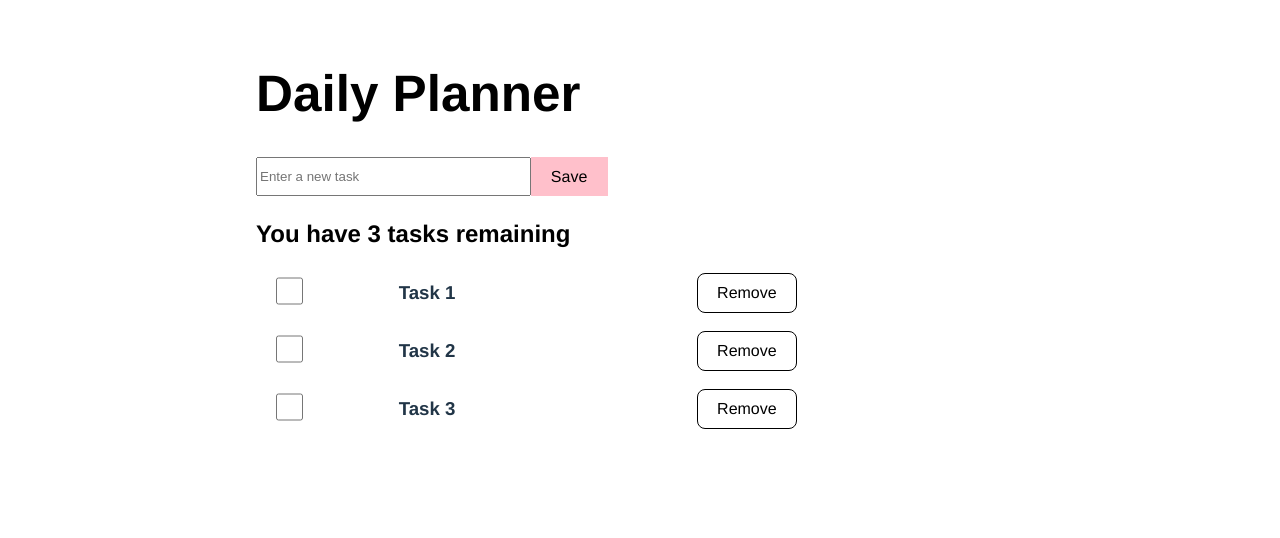
Repository: SandyLy453/task-list
Page: /
The author's editor kept a copy of each file at every save. The page is drawn from the files as they stood at one save, then again after the next save.
The browser window is 1280 px wide. The pictures show the whole page.
The project was rebuilt for these pictures with package versions that can differ from the ones it lists, and the page was loaded fresh each time. Also part of the build but not shown: vite.config.js.

Above is the page before, as saved 2024-10-20 21:42:05.

### src/App.jsx
import { useState } from 'react';
import Task from './components/Task';
import TaskForm from './components/TaskForm';

function App() {
  const [tasks, setTasks] = useState([
    { id: 0, name: "Task 1", completed: false },
    { id: 1, name: "Task 2", completed: false },
    { id: 2, name: "Task 3", completed: false }
  ]);

  const addTask = (task) => {
    setTasks([...tasks, { id: tasks.length, name: task, completed: false }]); // Adds task incomplete by default
  };

  const toggleComplete = (taskId) => {
    setTasks(tasks.map(task =>
      task.id === taskId ? { ...task, completed: !task.completed } : task
    ));
  };

  const removeTask = (taskId) => {
    setTasks(tasks.filter(task => task.id !== taskId));
  };

  const remainingTask = tasks.filter(task => !task.completed).length;

  return (
    <>
      <div className="main">
        <h1 className="header">Daily Planner</h1>
        <div>
          <TaskForm addTask={addTask} />
          <h2 className="counting">
            You have {remainingTask} task{remainingTask !== 1 ? 's' : ''} remaining
          </h2>
          {tasks.map((task) => (
            <Task
              key={task.id}
              task={task}
              toggleComplete={() => toggleComplete(task.id)}
              removeTask={() => removeTask(task.id)}
            />
          ))}
        </div>
      </div>
    </>
  );
}

export default App;

### src/index.css
#root {
  width: 60%;
  margin: 0 auto;
  padding: 2rem;
  text-align: center;

  font-family: Helvetica, sans-serif;
}

.header {
  color: black;
  text-align: left;
}

.counting {
  color: black;
  text-align: left;
}

/* TaskForm  */
.formContainer {
  width: 100%;
  display: flex;
  flex-direction: row;
  justify-content: flex-start;
}

.btn-save {
  background-color: pink;
  border-radius: 0;
}

.btn-save:hover {
  background-color: hotpink;
  border: 1px solid pink;
}

#task-name {
  min-width: 20em;
}


.task {
  display: flex;
  flex-direction: row;
  align-items: center;
  margin: 1em;

  width: 100%;
  min-width: 20em;
}

#checkbox {
  margin-right: 1rem;
  width: 2em;
  height: 2rem;
  accent-color: pink;
}

#checkbox:hover {
  accent-color: hotpink;
}

.task-name {
  margin: 0 10rem 0 5rem;
  font-weight: bold;
  font-size: 14pt;
  text-align: left;
  min-width: 18%;
}

.task-delete {
  border: 1px solid black;
  background-color: white;
  border-radius: 15;
  cursor: pointer;
}

.task-delete:hover {
  border: 1px solid pink;
}


:root {
  font-family: Inter, system-ui, Avenir, Helvetica, Arial, sans-serif;
  line-height: 1.5;
  font-weight: 400;

  color-scheme: light dark;
  color: rgba(255, 255, 255, 0.87);
  background-color: #242424;

  font-synthesis: none;
  text-rendering: optimizeLegibility;
  -webkit-font-smoothing: antialiased;
  -moz-osx-font-smoothing: grayscale;
}

a {
  font-weight: 500;
  color: #646cff;
  text-decoration: inherit;
}
a:hover {
  color: #535bf2;
}

body {
  margin: 0;
  /*display: flex;*/
  place-items: center;
  min-width: 320px;
  min-height: 100vh;
}

h1 {
  font-size: 3.2em;
  line-height: 1.1;
}

button {
  border-radius: 8px;
  border: 1px solid transparent;
  padding: 0.6em 1.2em;
  font-size: 1em;
  font-weight: 500;
  font-family: inherit;
  background-color: #1a1a1a;
  cursor: pointer;
  transition: border-color 0.25s;
}
button:hover {
  border-color: #646cff;
}
button:focus,
button:focus-visible {
  outline: 4px auto -webkit-focus-ring-color;
}

@media (prefers-color-scheme: light) {
  :root {
    color: #213547;
    background-color: #ffffff;
  }
  a:hover {
    color: #747bff;
  }
  button {
    background-color: #f9f9f9;
  }
}

### src/components/Task.jsx
import { useState } from "react";

export default function Task({ task, toggleComplete, removeTask }) {
  return (
    <>
      <div className={`task ${task.completed ? 'completed' : ''}`}>
        <label>
          <input
            id="checkbox"
            type="checkbox"
            checked={task.completed}
            onChange={toggleComplete}
          />
        </label>
        <span className="task-name" style={{ textDecoration: task.completed ? 'line-through' : 'none' }}>{task.name}</span>
        <button className="task-delete" onClick={removeTask}>Remove</button>
      </div>
    </>
  );
}

### src/components/TaskForm.jsx
import { useState } from "react";

// const taskTemplate = {
//     name: 'new task'
// };

export default function TaskForm({addTask}) {
    const [taskName, setTaskName] = useState('');

    // form submission
    const handleSubmit = (e) => {
        e.preventDefault(); // the form submission will be handled by JavaScript instead of triggering a page refresh
        if (taskName.trim()) { // checks if the taskName (the text the user entered) is not an empty string after trimming whitespace
            addTask( taskName );
            setTaskName(''); // clear the input field
        }
    }

    return (
        <>
            <form onSubmit={handleSubmit}>
                <div className="formContainer">
                    <input
                        id="task-name"
                        type="text"
                        value={taskName}
                        onChange={(e) => setTaskName(e.target.value)}
                        placeholder="Enter a new task"
                    />
                    <div className="btn-group">
                        <button type="submit" className="btn-save">Save</button>
                    </div>
                </div>
            </form>
        </>
    )
}

Loaded but not shown: index.html (common file); src/main.jsx (common file)

After the next save:
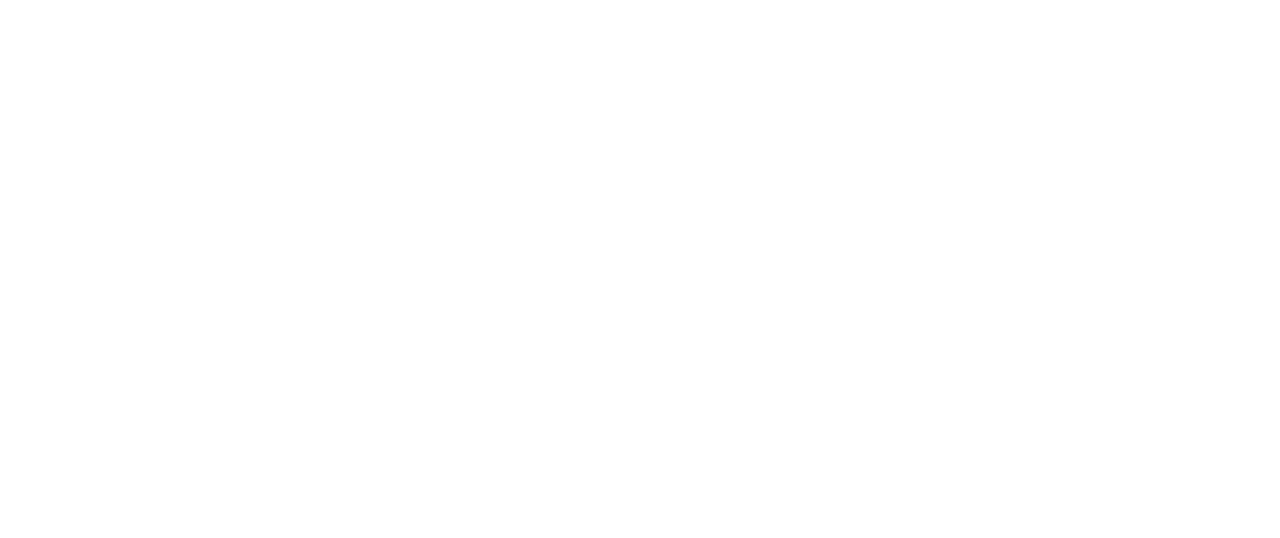
Console error: TypeError: Cannot read properties of undefined (reading 'completed')
Saved 4 days later.
--- a/src/App.jsx
+++ b/src/App.jsx
@@ -4,42 +4,60 @@
 
 function App() {
   const [tasks, setTasks] = useState([
-    { id: 0, name: "Task 1", completed: false },
-    { id: 1, name: "Task 2", completed: false },
-    { id: 2, name: "Task 3", completed: false }
+    { name: 'Task 1', checked: false },
+    { name: 'Task 2', checked: false },
+    { name: 'Task 3', checked: false }
   ]);
+  const [filter, setFilter] = useState('all');
 
-  const addTask = (task) => {
-    setTasks([...tasks, { id: tasks.length, name: task, completed: false }]); // Adds task incomplete by default
+  // Function to calculate the number of unchecked tasks
+  const getUncheckedCount = () => {
+    return tasks.filter((task) => !task.checked).length;
   };
 
-  const toggleComplete = (taskId) => {
-    setTasks(tasks.map(task =>
-      task.id === taskId ? { ...task, completed: !task.completed } : task
-    ));
+  // Function to add a new task
+  const addTask = (taskName) => {
+    setTasks([...tasks, { name: taskName, checked: false }]); // New tasks are unchecked by default
   };
 
-  const removeTask = (taskId) => {
-    setTasks(tasks.filter(task => task.id !== taskId));
+  // Function to remove a task
+  const removeTask = (taskName) => {
+    setTasks(tasks.filter((task) => task.name !== taskName));
   };
 
-  const remainingTask = tasks.filter(task => !task.completed).length;
+  // Function to toggle the task status
+  const toggleTaskStatus = (taskName) => {
+    const updatedTasks = tasks.map((task) =>
+      task.name === taskName ? { ...task, checked: !task.checked } : task
+    );
+    setTasks(updatedTasks); // Update the task's checked status in the parent state
+  };
+
+  const filteredTasks = tasks.filter((task) => {
+    if (filter === 'completed') return task.checked;
+    if (filter === 'pending') return !task.checked;
+    return true; // 'all' filter
+  });
 
   return (
     <>
-      <div className="main">
-        <h1 className="header">Daily Planner</h1>
+      <div className="container">
+        <h1 className="title">Task List</h1>
+        <TaskForm addTask={addTask} />
+        <p className="note">You have {getUncheckedCount()} left.</p>
+        <div className="filter">
+          <button onClick={() => setFilter('all')}>All</button>
+          <button onClick={() => setFilter('pending')}>Pending</button>
+          <button onClick={() => setFilter('completed')}>Completed</button>
+        </div>
         <div>
-          <TaskForm addTask={addTask} />
-          <h2 className="counting">
-            You have {remainingTask} task{remainingTask !== 1 ? 's' : ''} remaining
-          </h2>
-          {tasks.map((task) => (
+          {filteredTasks.map((task) => (
             <Task
-              key={task.id}
-              task={task}
-              toggleComplete={() => toggleComplete(task.id)}
-              removeTask={() => removeTask(task.id)}
+              key={task.name}
+              name={task.name}
+              checked={task.checked}
+              toggleTaskStatus={toggleTaskStatus}
+              removeTask={removeTask}
             />
           ))}
         </div>

After the save that followed:
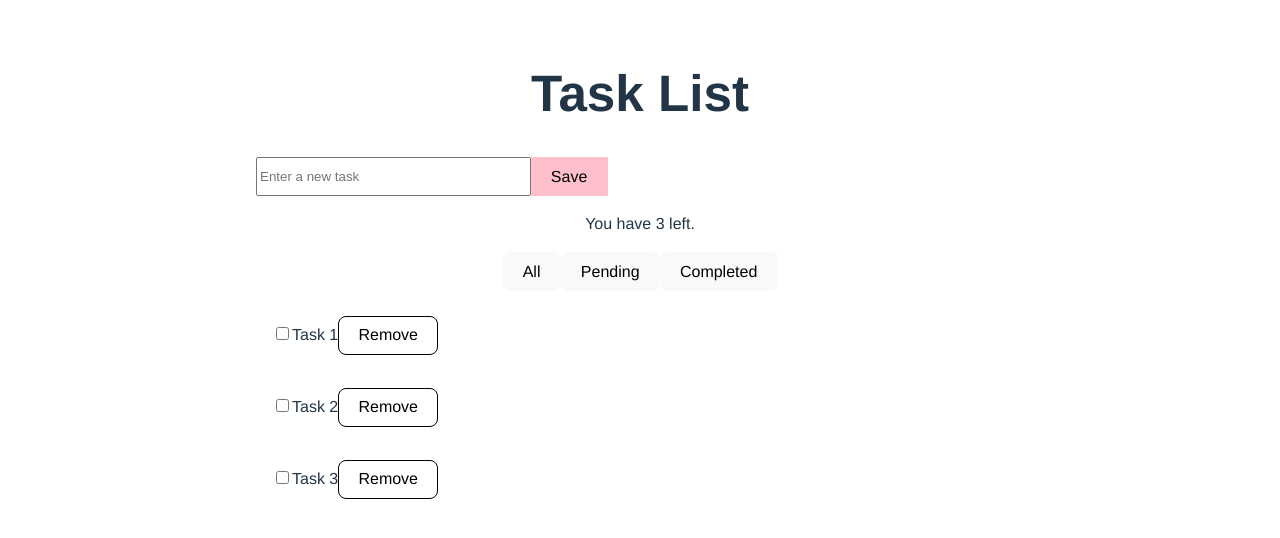
The error is gone.
Saved 34 s later.
--- a/src/components/Task.jsx
+++ b/src/components/Task.jsx
@@ -1,19 +1,29 @@
-import { useState } from "react";
+import { useEffect } from "react";
 
-export default function Task({ task, toggleComplete, removeTask }) {
+export default function Task({ name, checked, removeTask, toggleTaskStatus }) {
+  useEffect(() => {}, [checked]);
+
   return (
     <>
-      <div className={`task ${task.completed ? 'completed' : ''}`}>
+      <div className="task">
         <label>
           <input
-            id="checkbox"
             type="checkbox"
-            checked={task.completed}
-            onChange={toggleComplete}
+            className="checkBox"
+            checked={checked}
+            disabled={checked} // Disable if task is completed
+            onChange={() => toggleTaskStatus(name)}
           />
         </label>
-        <span className="task-name" style={{ textDecoration: task.completed ? 'line-through' : 'none' }}>{task.name}</span>
-        <button className="task-delete" onClick={removeTask}>Remove</button>
+        <p
+          className="content"
+          style={{ textDecoration: checked ? "line-through" : "none" }}
+        >
+          {name}
+        </p>
+        <button className="task-delete" onClick={() => removeTask(name)}>
+          Remove
+        </button>
       </div>
     </>
   );
